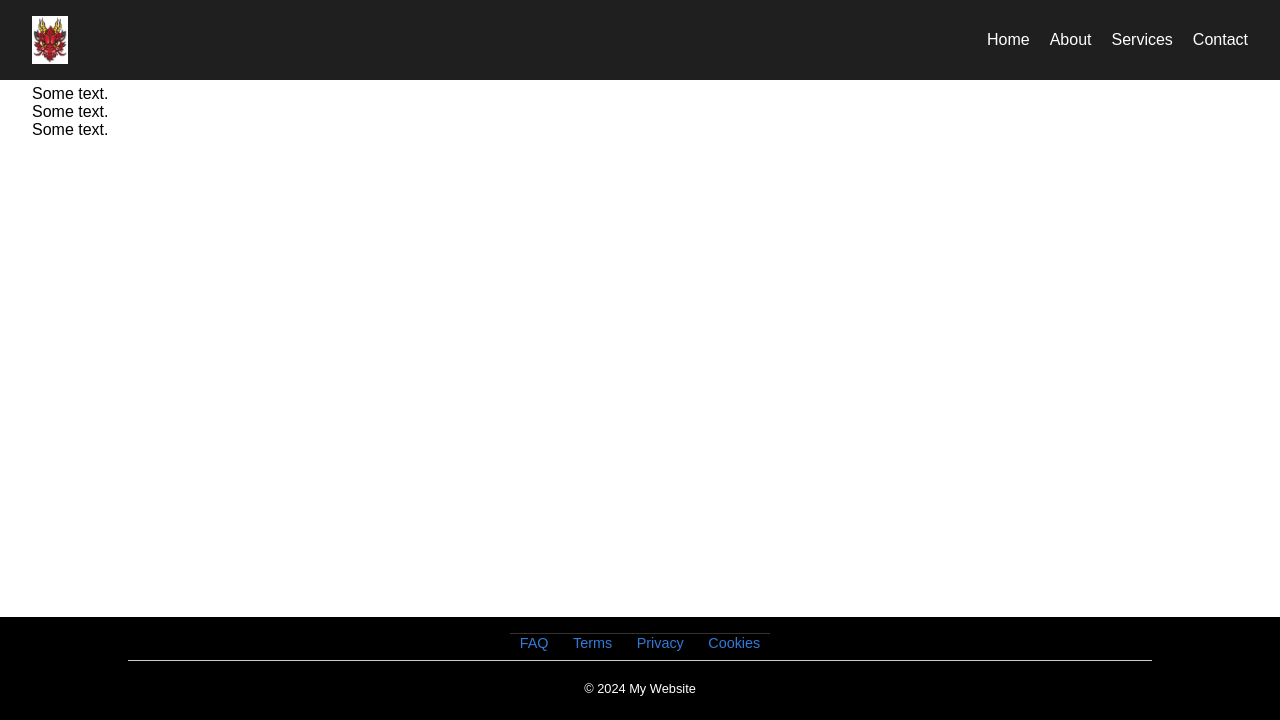
Repository: andreamm-lab/css-positioning-examples-2025-10
Page: index.html
An editor plug-in stored every save of this project. The page is shown before and after the next save, followed by the edit.
The browser window is 1280 px wide. The pictures show the whole page.

Above is the page before, as saved 2025-11-10 19:03:57.

After the next save:
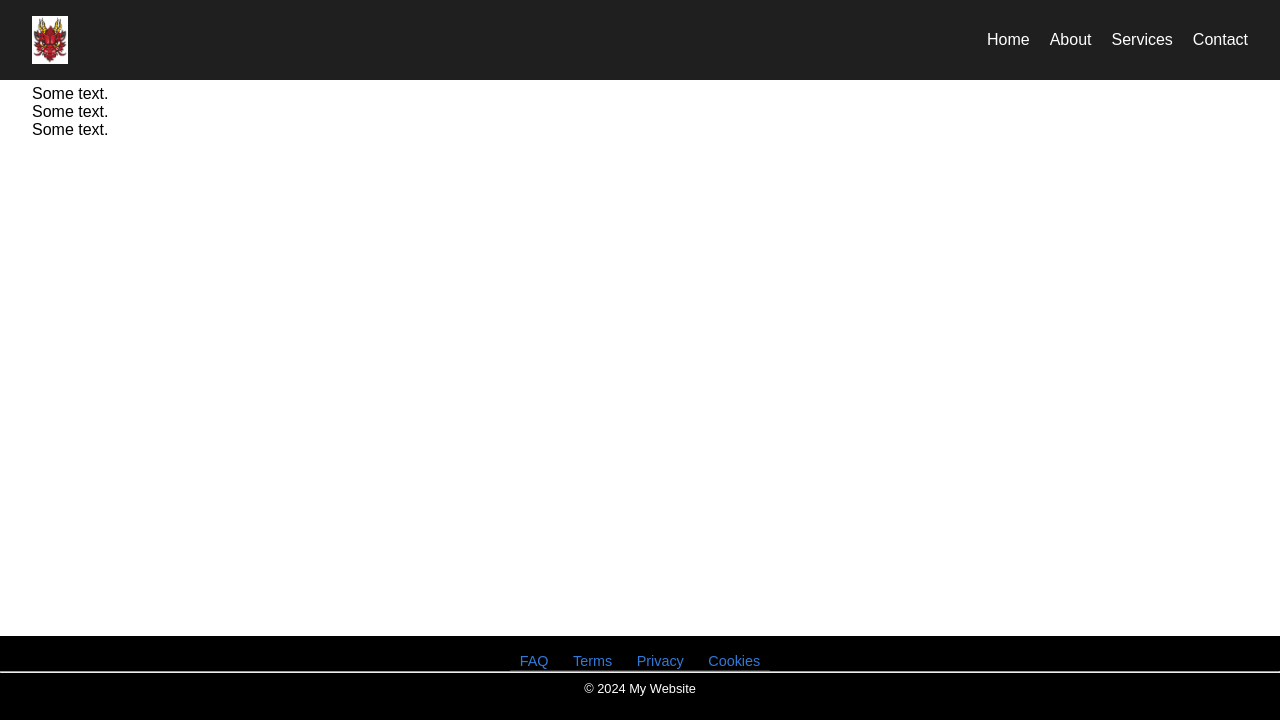
Saved 114 s later.
--- a/main.css
+++ b/main.css
@@ -261,7 +261,7 @@ main.page {
     list-style: none;
     margin: 0; /* Distance between FAQ text and white line */
     padding: 0;
-                border-top: 1px solid #333;
+    border-bottom: 1px solid #333;
 }
 
 #main-footer nav ul li {
@@ -275,13 +275,13 @@ main.page {
     font-size: 0.9rem;
 }
 
-/* Line separation */
+/* Line separation
 .footer-line {
     border: none;
     border-top: 1px solid #ccc;
     width: 80%;
     margin: 8px auto 12px;
-}
+}*/
 
 /* Last Line Text: My Website */
 #main-footer p {
